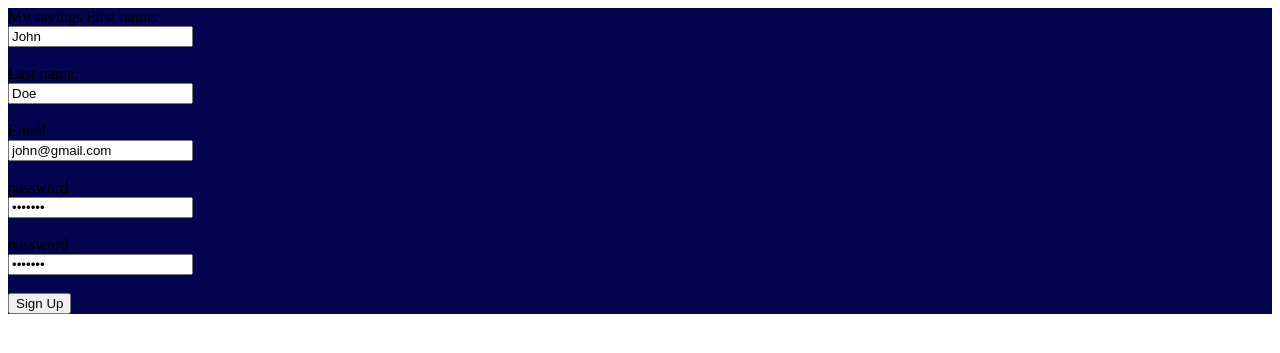
Repository: reemoon-ctrl/hotel-website
Page: mine-form_styling_start.html
The author's editor kept a copy of each file at every save. The page is drawn from the files as they stood at one save, then again after the next save.
The browser window is 1280 px wide. The pictures show the whole page.

Above is the page before, as saved 2024-07-20 13:40:25.

### mine-form_styling_start.html
<!DOCTYPE html>
<html lang="en">
<head>
    <meta charset="UTF-8">
    <meta name="viewport" content="width=device-width, initial-scale=1.0">
    <title>Document</title>
<style>
    .form{
        background: rgb(3, 3, 79);
    }
    .container{
        margin: auto;

    }
</style>
</head>

<body>
    <div class="container"></div>
    <form class="form" action="/action_page.php">
        <caption style="text-align:right">My savings</caption>
        <label for="fname">First name:</label><br>
        <input type="text" id="fname" name="fname" value="John"><br><br>
        <label for="lname">Last name:</label><br>
        <input type="text" id="lname" name="lname" value="Doe"><br><br>
        <label for="Email ">Email</label><br>
        <input type="text" id="email" name="Email" value="john@gmail.com"><br><br>
        <label for="password">password</label><br>
        <input type="password" id="password" name="password" value="fffffff"><br><br>
        <label for="password">password</label><br>
        <input type="password" id="confirm password" name="confirm password" value="fffffff"><br><br>


        <input type="submit" value="Sign Up">
      </form>

</body>
</html>

After the next save:
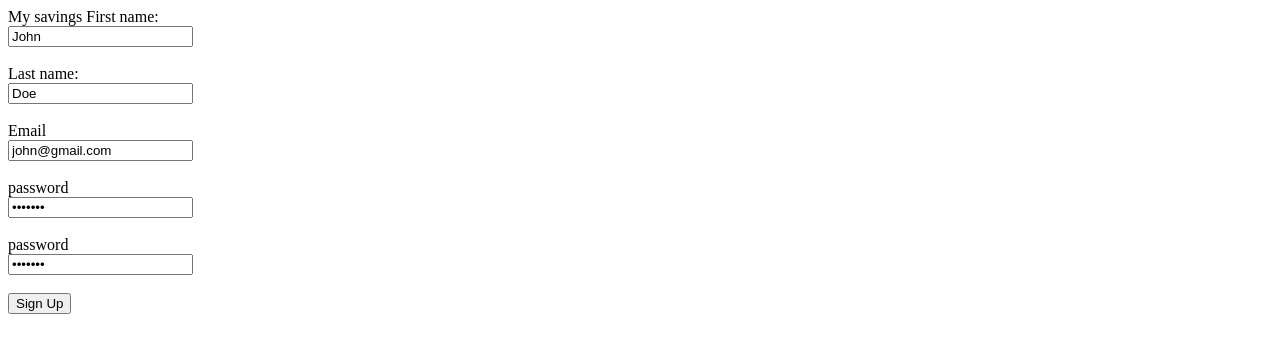
Saved 23 s later.
--- a/mine-form_styling_start.html
+++ b/mine-form_styling_start.html
@@ -6,7 +6,7 @@
     <title>Document</title>
 <style>
     .form{
-        background: rgb(3, 3, 79);
+
     }
     .container{
         margin: auto;
